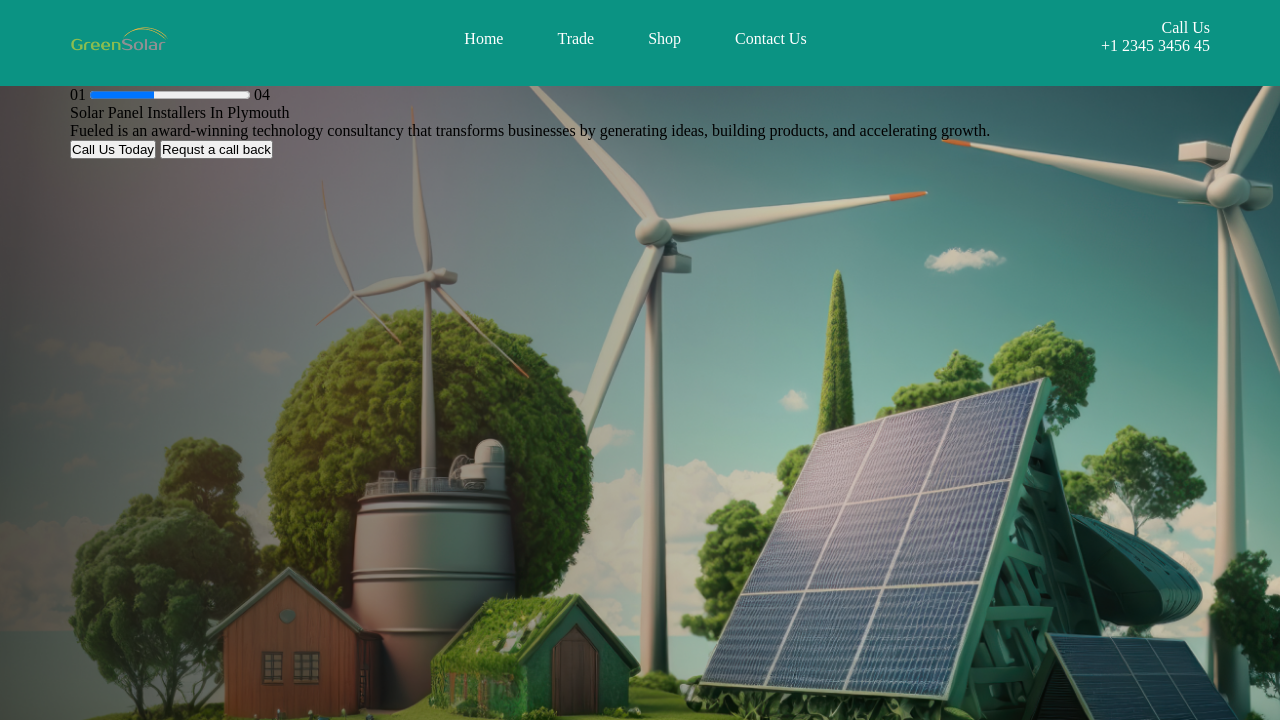
Repository: zeinawady/Solar-Company-Template
Page: index.html
An editor plug-in stored every save of this project. The page is shown before and after a run of saves, followed by the edit.
The browser window is 1280 px wide. The pictures show the whole page.

Above is the page before, as saved 2024-09-17 16:59:10.

### index.html
<!DOCTYPE html>
<html lang="en">

<head>
    <meta charset="UTF-8">
    <meta name="viewport" content="width=device-width, initial-scale=1.0">
    <title>Solar Company</title>
    <link rel="stylesheet" href="css/style.css">
    <link rel="stylesheet" href="css/all.min.css">
</head>

<body>
    <!-- start header -->
    <header>
        <div class="container">
            <img src="images/Logo.png" width="100" alt="logo" class="logo">
            <nav>
                <ul class="nav-links">
                    <li><a href="#">Home</a></li>
                    <li><a href="#">Trade</a></li>
                    <li><a href="#">Shop</a></li>
                    <li><a href="#">Contact Us</a></li>
                </ul>
            </nav>
            <div class="nav-info">
                <div>Call Us</div>
                <div>+1 2345 3456 45</div>

            </div>
            <div class="burger">
                <i class="fas fa-bars"></i>
                <ul class="navHover">
                    <li><a href="#">Home</a></li>
                    <li><a href="#">Trade</a></li>
                    <li><a href="#">Shop</a></li>
                    <li><a href="#">Contact Us</a></li>
                </ul>

            </div>
        </div>
    </header>

    <!-- end header -->

    <!-- start landing -->
    <div class="landing">
        <div class="container">
            <div class="progress-container">
                <span>01</span>
                <progress value="40" max="100"></progress>
                <span>04</span>
            </div>
            <div class="main-text">Solar Panel Installers In Plymouth</div>
  <div class="sub-text">
    Fueled is an award-winning technology consultancy that transforms businesses by generating ideas, building products, and accelerating growth.
  </div>

  <div class="btn-container">
  <button class="btn">Call Us Today</button>
  <button class="btn yellow-bt">Requst a call back</button>
</div>
        </div>
    </div>
    <!-- end landing -->

</body>

</html>

### css/style.css
*{
    margin: 0;
    padding: 0;
    box-sizing: border-box;
}
html{
    scroll-behavior: smooth;
}
.container{
    padding-left: 15px;
    padding-right: 15px;
    margin: 0 auto;
    max-width: 1170px; /* Set a maximum width */
    width: 100%;
}
ul{
    list-style: none;
}
a{
    text-decoration: none;
}
:root{
    --main-color: hsla(173, 86%, 31%, 1);
    --secondary-color:hsla(42, 100%, 55%, 1);
    --font-color: hsla(221, 43%, 11%, 1);

}
@media (min-width:768px) {
    .container {
        width: 750px;
    }

}

@media (min-width:992px) {
    .container {
        width: 970px;
    }
}

@media (min-width:1200px) {
    .container {
        width: 1170px;
    }
}

/* start header */
header{
    background-color: var(--main-color);
height: 86px;
}
header .container{
    display: flex;
    justify-content: space-between;
    align-items: center;

}
.nav-links li{
    display: inline-block;
    padding: 30px 25px;

}
.nav-links li a{
    color: hsla(0, 0%, 100%, 1);
    transition: all 0.3s ease 0s;
}
.nav-info{
    color: hsla(0, 0%, 100%, 1);
padding-bottom: 5px;
display: flex;
flex-direction: column;
align-items: flex-end;
}
.burger{
    display: none;
    color: hsla(0, 0%, 100%, 1) ;
    font-size: 30px;
    cursor: pointer;
    position: relative;
}

@media (max-width:768px){
    .burger{
        display: block;
        padding-top: 24px;
        position: relative;
        z-index: 10;
    }
    .navHover , .nav-links {
        display: none;
    }
    .nav-info{
        display: none;
    }
    .burger:hover .navHover{
        display: block;
        position: absolute;
        top: 86px;
        right: 15px;
        background-color:rgb(255, 250, 244);
        z-index: 99;
        border-radius: 15px;
        padding: 20px;
        box-shadow: 0 4px 8px rgba(0, 0, 0, 0.1);
    }
}

/* end header */

/* start landing */

.landing{
    background-image: url(../images/solar-panels-meadow\ 1.png);
    background-size: cover;
    height: calc(100vh - 86px);
}
.landing
/* end landing */

Loaded but not shown: css/all.min.css (library)

After the next 4 saves:
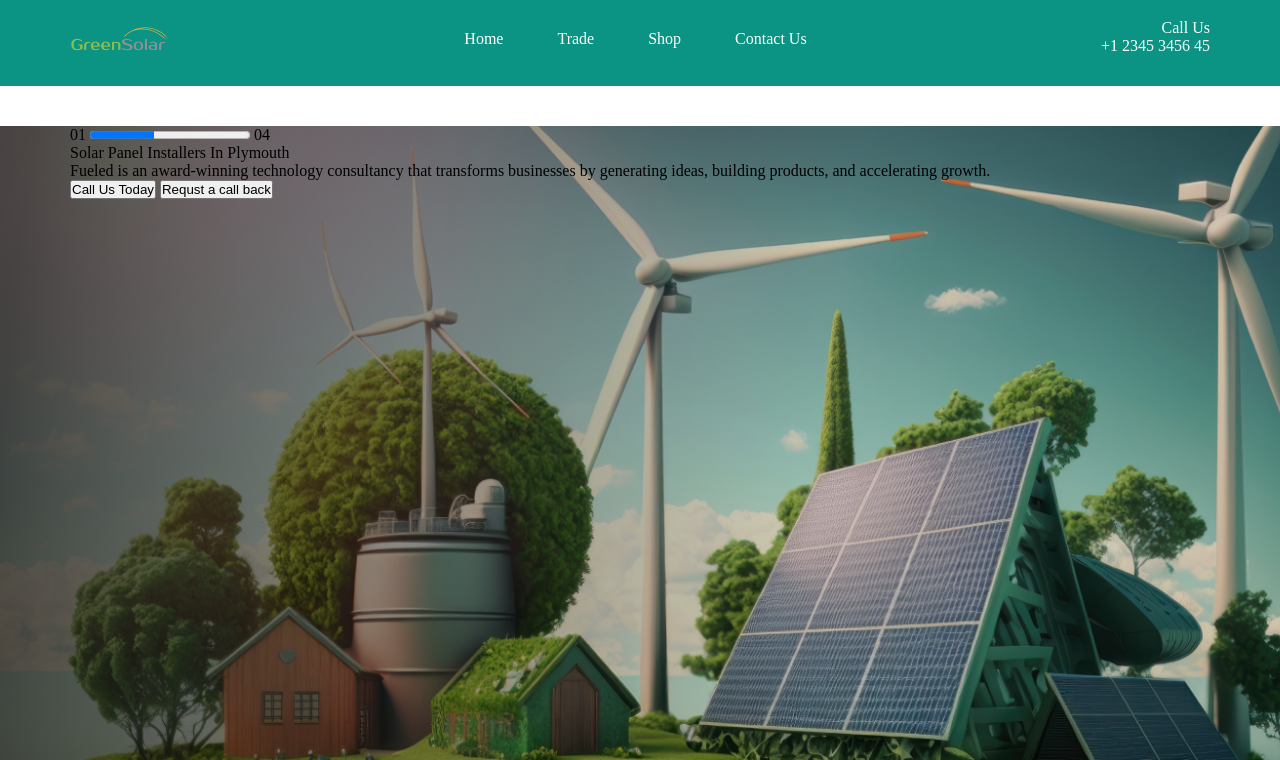
The 4 saves are shown as one change because they came seconds apart.
The last was saved 11 s later.
--- a/css/style.css
+++ b/css/style.css
@@ -114,5 +114,7 @@
     background-size: cover;
     height: calc(100vh - 86px);
 }
-.landing
+.landing .container{
+    margin-block-start: 40px;
+}
 /* end landing */

After the 5 saves that followed:
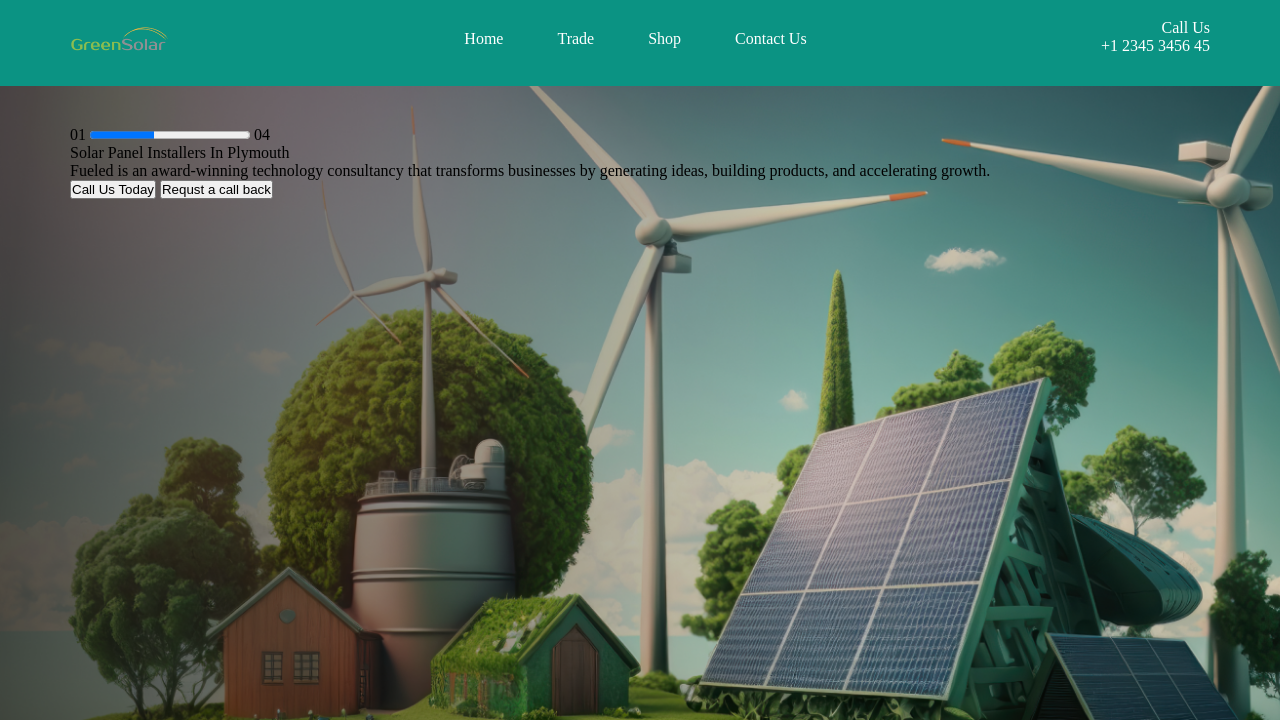
The 5 saves are shown as one change because they came seconds apart.
The last was saved 16 s later.
--- a/css/style.css
+++ b/css/style.css
@@ -115,6 +115,6 @@
     height: calc(100vh - 86px);
 }
 .landing .container{
-    margin-block-start: 40px;
+    padding-top: 40px;
 }
 /* end landing */
